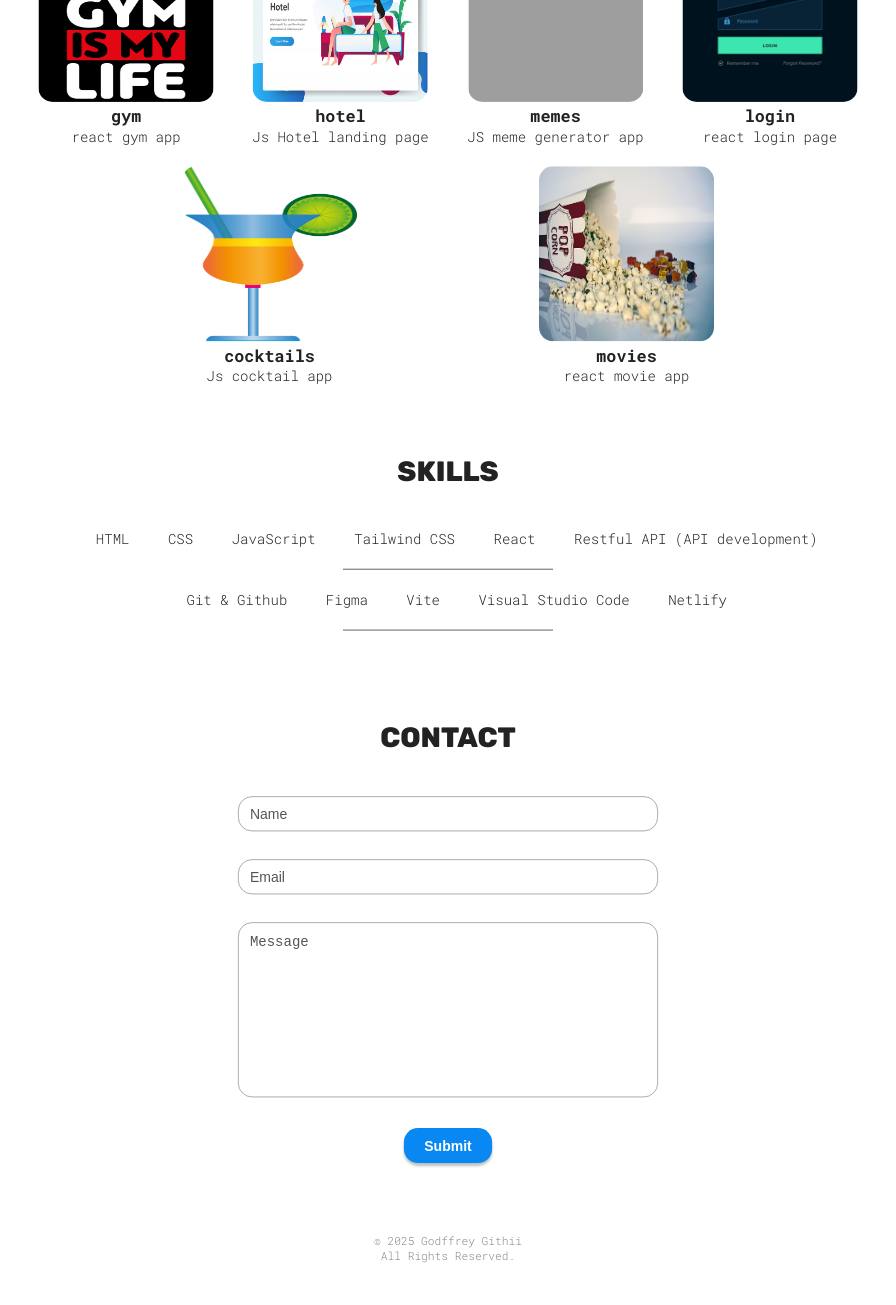
Repository: gogg23/dev-githii-1
Page: /
These files come from the project's save history. The page is drawn as it stood at one moment and after the next save; the edit follows.
The browser window is 1280 px wide. The pictures show the part of the page from y = 1031 to 2951 px (the page is 2895 px tall before and 2951 px after), at 70% of full size.
Pictures or frames that could not be fetched are drawn as grey boxes. The project was rebuilt for these pictures with package versions that can differ from the ones it lists, and the page was loaded fresh each time. Also part of the build but not shown: vite.config.js, src/index.css. Imported but missing from the stored project, and not drawn on this page: src/assets/Resume.pdf.

Above is the page before, as saved 2025-03-05 11:06:12.

### index.html
<!DOCTYPE html>
<html lang="en">
  <head>
    <meta charset="UTF-8" />
    <link rel="icon" type="image/svg+xml" href="/public/favicon.ico" />
    <meta name="viewport" content="width=device-width, initial-scale=1.0" />
    <link rel="preconnect" href="https://fonts.googleapis.com" />
    <link rel="preconnect" href="https://fonts.gstatic.com" crossorigin />
    <link
      href="https://fonts.googleapis.com/css2?family=Roboto+Mono:wght@100..700&family=Rubik:wght@800&display=swap"
      rel="stylesheet"
    />
    <title>Dev Githii</title>
  </head>
  <body>
    <div id="root"></div>
    <script type="module" src="/src/main.jsx"></script>
  </body>
</html>

### src/main.jsx
import { StrictMode } from 'react'
import { createRoot } from 'react-dom/client'
import App from './App.jsx'
import './index.css'
import { ThemeProvider } from './common/ThemeContext.jsx'

createRoot(document.getElementById('root')).render(
  <StrictMode>
  <ThemeProvider>
  <App />
  </ThemeProvider>
  </StrictMode>,
)

### src/App.jsx
import './App.css';
import Hero from './sections/Hero/Hero';
import Projects from './sections/Projects/Projects';
import Skills from './sections/Skills/Skills';
import Contact from './sections/Contact/Contact';
import Footer from './sections/Footer/Footer';

function App() {
  return (
  <>
    <Hero/>
    <Projects/>
    <Skills/>
    <Contact/>
    <Footer/>
  </>
  );
}

export default App;

### src/common/ThemeContext.jsx
import React, { createContext, useContext, useEffect, useState } from 'react';

const ThemeContext = createContext();

export const useTheme = () => useContext(ThemeContext);

export const ThemeProvider = ({ children }) => {
  const [theme, setTheme] = useState(
    () => localStorage.getItem('theme') || 'light'
  );

  useEffect(() => {
    document.body.setAttribute('data-theme', theme);
    localStorage.setItem('theme', theme);
  }, [theme]);

  const toggleTheme = () => {
    console.log ('theme switched');
    setTheme((prevTheme) => (prevTheme === 'light' ? 'dark' : 'light'));
  };

  return (
    <ThemeContext.Provider value={{ theme, toggleTheme }}>
      {children}
    </ThemeContext.Provider>
  );
};

### src/sections/Hero/Hero.jsx
import styles from './HeroStyles.module.css';
import heroz from '../../assets/heroz.webp';
import sun from '../../assets/sun.svg';
import moon from '../../assets/moon.svg';
import twitterLight from '../../assets/twitter-light.svg';
import twitterDark from '../../assets/twitter-dark.svg';
import githubLight from '../../assets/github-light.svg';
import githubDark from '../../assets/github-dark.svg';
import linkedinLight from '../../assets/linkedin-light.svg';
import linkedinDark from '../../assets/linkedin-dark.svg';
import Resume from '../../assets/Resume.pdf';
import { useTheme } from '../../common/ThemeContext';
function Hero() {
  const { theme, toggleTheme } = useTheme();

  const themeIcon = theme === 'light' ? sun : moon;
  const twitterIcon = theme === 'light' ? twitterLight : twitterDark;
  const githubIcon = theme === 'light' ? githubLight : githubDark;
  const linkedinIcon = theme === 'light' ? linkedinLight : linkedinDark;

  return (
    <section id='hero' className={styles.container}>
      <div className={styles.colorModeContainer}>
        <img
          className={styles.hero}
          src={heroz}
          alt='profile picture of Godffrey Githii'
        />
        <img
          className={styles.colorMode}
          src={themeIcon}
          alt='color mode icon'
          onClick={toggleTheme}
        />
      </div>
      <div className={styles.info}>
        <h1>
          Godffrey <br /> Githii
        </h1>
        <h2>Frontend Developer</h2>
        <span>
          <a href='https://x.com/devgithii' target='_blank'>
            <img src={twitterIcon} alt='Twitter icon' />
          </a>
          <a href='https://github.com/dashboard' target='_blank'>
            <img src={githubIcon} alt='Github icon' />
          </a>
          <a href='https://linkedin.com/' target='_blank'>
            <img src={linkedinIcon} alt='LinkedIn icon' />
          </a>
        </span>
        <p>
          With a background in tech writing, I bring creativity to frontend web
          development,crafting responsive, user-friendly websites & apps using
          HTML, CSS, JavaScript, Tailwind, and React.
        </p>
        <a href={Resume} download>
          <button className='hover'>Resume</button>
        </a>
      </div>
    </section>
  );
}

export default Hero;

### src/sections/Projects/Projects.jsx
import styles from './ProjectsStyles.module.css';
import movpic from '../../assets/movpic.jpg';
import gym1 from '../../assets/gym1.png';
import hotel from '../../assets/hotel.jpg';
import eggplant from '../../assets/eggplant-1.png';
import login from '../../assets/dark-login.jpg';
import cocktail1 from '../../assets/cocktail1.png';
import ProjectCard from '../../common/ProjectCard';

function Projects() {
  return (
    <section id='projects' className={styles.container}>
      <h1 className='sectionTitle'>Projects</h1>
      <div className={styles.projectsContainer}>
        <ProjectCard
          src={gym1}
          link='https://react-gym-web-site.netlify.app/'
          h3='gym '
          p='react gym app'
        />
        <ProjectCard
          src={hotel}
          link='https://ho-tel-landing-page.netlify.app/'
          h3='hotel '
          p='Js Hotel landing page'
        />
        <ProjectCard
          src={eggplant}
          link='https://meme-gene-rator-app.netlify.app/'
          h3='memes'
          p='JS meme generator app'
        />
        <ProjectCard
          src={login}
          link='https://react-login-register1.netlify.app/'
          h3='login'
          p='react login page'
        />
        <ProjectCard
          src={cocktail1}
          link='https://cocktailappz.netlify.app/'
          h3='cocktails'
          p='Js cocktail app'
        />
        <ProjectCard
          src={movpic}
          link='https://react-movie-appz.netlify.app/'
          h3='movies'
          p='react movie app'
        />
      </div>
    </section>
  );
}

export default Projects;

### src/sections/Skills/Skills.jsx
import styles from './SkillsStyles.module.css';
import checkMarkIcon from '../../assets/checkmark-dark.svg';
import SkillList from '../../common/SkillList';

function Skills() {

  return (
    <section id="skills" className={styles.container}>
      <h1 className="sectionTitle">Skills</h1>
      <div className={styles.skillList}>
        <SkillList src={checkMarkIcon} skill="HTML" />
        <SkillList src={checkMarkIcon} skill="CSS" />
        <SkillList src={checkMarkIcon} skill="JavaScript" />
        <SkillList src={checkMarkIcon} skill="Tailwind CSS" />
        <SkillList src={checkMarkIcon} skill="React" />
        <SkillList src={checkMarkIcon} skill="Restful API (API development)"/>
      </div>
      <hr/>
      <div className={styles.skillList}>
        <SkillList src={checkMarkIcon} skill="Git & Github"/>
        <SkillList src={checkMarkIcon} skill="Figma"/>
        <SkillList src={checkMarkIcon} skill="Vite" />
        <SkillList src={checkMarkIcon} skill="Visual Studio Code" />
        <SkillList src={checkMarkIcon} skill="Netlify" />
      </div>
      <hr/>
    </section>
  );
}

export default Skills;

### src/sections/Contact/Contact.jsx
import styles from './ContactStyles.module.css';

function Contact() {
  return (
    <section id="contact" className={styles.container}>
      <h1 className="sectionTitle">Contact</h1>
      <form action="">
        <div className="formGroup">
          <label htmlFor="name" hidden>
            Name
          </label>
          <input
            type="text"
            name="name"
            id="name"
            placeholder="Name"
            required
          />
        </div>
        <div className="formGroup">
          <label htmlFor="email" hidden>
            Email
          </label>
          <input
            type="text"
            name="email"
            id="email"
            placeholder="Email"
            required
          />
        </div>
        <div className="formGroup">
          <label htmlFor="message" hidden>
            Message
          </label>
          <textarea
            name="message"
            id="message"
            placeholder="Message"
            required></textarea>
        </div>
        <input className="hover btn" type="submit" value="Submit" />
      </form>
    </section>
  );
}

export default Contact;

### src/sections/Footer/Footer.jsx
import styles from './FooterStyles.module.css';

function Footer() {
  return (
    <section id='footer' className={styles.container}>
      <p>
        &copy; 2025 Godffrey Githii
        <br />
        All Rights Reserved.
      </p>
    </section>
  );
}

export default Footer;

### src/sections/Hero/HeroStyles.module.css
.container {
  display: flex;
  flex-direction: column;
  justify-content: center;
  gap: 20px;
  text-align: center;
  height: 100dvh;
  min-height: 500px;

  .hero {
    max-width: 200px;
  }

  span {
    display: flex;
    gap: 25px;
    justify-content: center;

    a {
      margin: 0;

      img {
        width: 30px;
      }
    }
  }

  a {
    width: fit-content;
    align-self: center;
  }

  button {
    background-color: var(--btn-color);
    color: var(--btn-text-color);
    border: none;
    border-radius: 20px;
    width: 126px;
    height: 50px;
    font-size: 20px;
    font-weight: bold;
    box-shadow: 0 4px 4px rgba(0, 0, 0, 0.25);
    transition: box-shadow 200ms ease-in-out, transform 200ms ease-in-out;
  }

  button:hover {
    transform: scale(1.05);
  }

  button:active {
    transform: translateY(2px);
    box-shadow: 0 2px 2px rgba(0, 0, 0, 0.25);
  }
}

.colorModeContainer {
  position: relative;
}

.colorMode {
  position: absolute;
  right: 0;
  width: 25px;
}

.colorMode:hover {
  cursor: pointer;
}

.description {
  max-width: 24ch;
}

.info {
  display: flex;
  flex-direction: column;
  gap: 20px;
}

@media (width >= 800px) {
  .container {
    flex-direction: row-reverse;
    align-items: center;
    justify-content: space-evenly;

    .hero {
      max-width: 350px;
      width: 350px;
      border-radius: 50%;
    }
  }
}

@media (width >= 1400px) {
  .container {
    .hero {
      max-width: 400px;
      width: 400px;
    }
  }
}

### src/sections/Projects/ProjectsStyles.module.css
.container {
    display: flex;
    flex-direction: column;
    text-align: center;

    img {
      width: 250px;
      height: 250px;
      align-self: center;
      background-color: var(--project-card-bg);
      border-radius: 20px;
    }

    a {
      width: fit-content;
      text-decoration: none;
      color: #222;
      transition: transform 200ms ease-in-out;
    }

    a:hover {
      transform: scale(1.05);
    }
  }

  .projectsContainer {
    display: flex;
    flex-direction: column;
    align-items: center;
    gap: 30px;
  }

  @media (width >= 800px) {
    .projectsContainer {
      flex-direction: row;
      flex-wrap: wrap;
      justify-content: space-evenly;
      padding: 0 30px;
    }
  }

### src/common/ProjectCard.jsx
import React from 'react';

function ProjectCard({src, link, h3, p}) {
  return (
      <a href= {link}
      target='_blank'>
      <img className='hover' src={src} alt={`${h3} logo`}/>
      <h3>{h3}</h3>
      <p>{p}</p>
      </a>
  );
}

export default ProjectCard;

### src/sections/Skills/SkillsStyles.module.css
.container {
    display: flex;
    flex-direction: column;
    text-align: center;

    span {
      display: flex;
      align-items: center;
      gap: 5px;
    }

    img {
      width: 20px;
    }
  }

  .skillList {
    display: flex;
    justify-content: space-evenly;
    align-self: center;
    flex-wrap: wrap;
    row-gap: 40px;
    max-width: 26ch;
  }

hr {
  width: 100px;
  height: 1px;
  border: none;
  background-color: var(--text-color);
  margin: 30px auto;
}

@media (width >= 800px) {
  .skillList {
    max-width: fit-content;
    gap: 30px;

    p {
      font-size: 20px;
    }
  }
}

hr {
  width: 300px;
}

### src/common/SkillList.jsx
function SkillList({ src, skill }) {
    return (
      <span>
        <img src={src} alt="Checkmark icon" />
        <p>{skill}</p>
      </span>
    );
  }

  export default SkillList;

### src/sections/Contact/ContactStyles.module.css
.container {
  display: flex;
  flex-direction: column;
  text-align: center;
}

form {
  display: flex;
  flex-direction: column;
  gap: 30px;
}

textarea,
input:not([type='submit']) {
  height: 50px;
  padding-left: 16px;
  width: 250px;
}

textarea {
  padding-top: 16px;
  resize: none;
  height: 250px;
}

input,
textarea {
  border-radius: 20px;
  border: #888 1px solid;
  box-sizing: border-box;
  justify-self: center;
  background-color: var(--background-color);
  color: var(--form-text-color);
}

::placeholder {
  color: var(--form-text-color);
}

input[type='submit'] {
  background-color: var(--btn-color);
  color: var(--btn-text-color);
  border: none;
  border-radius: 20px;
  width: 126px;
  height: 50px;
  font-size: 20px;
  font-weight: bold;
  box-shadow: 0 4px 4px rgba(0, 0, 0, 0.25);
  transition: box-shadow 200ms ease-in-out, transform 200ms ease-in-out;
  margin: auto;
}

input[type='submit']:hover {
  transform: scale(1.05);
}

input[type='submit']:active {
  transform: translateY(2px);
  box-shadow: 0 2px 2px rgba(0, 0, 0, 0.25);
}

@media (width >= 800px) {
  textarea,
  input:not([type='submit']) {
    width: 600px;
    font-size: 20px;
  }
  form {
    gap: 40px;
  }
}

@media (width >= 1400px) {
  textarea,
  input:not([type='submit']) {
    width: 800px;
  }
}

Loaded but not shown: src/App.css (common file); src/sections/Footer/FooterStyles.module.css (common file)

After the next save:
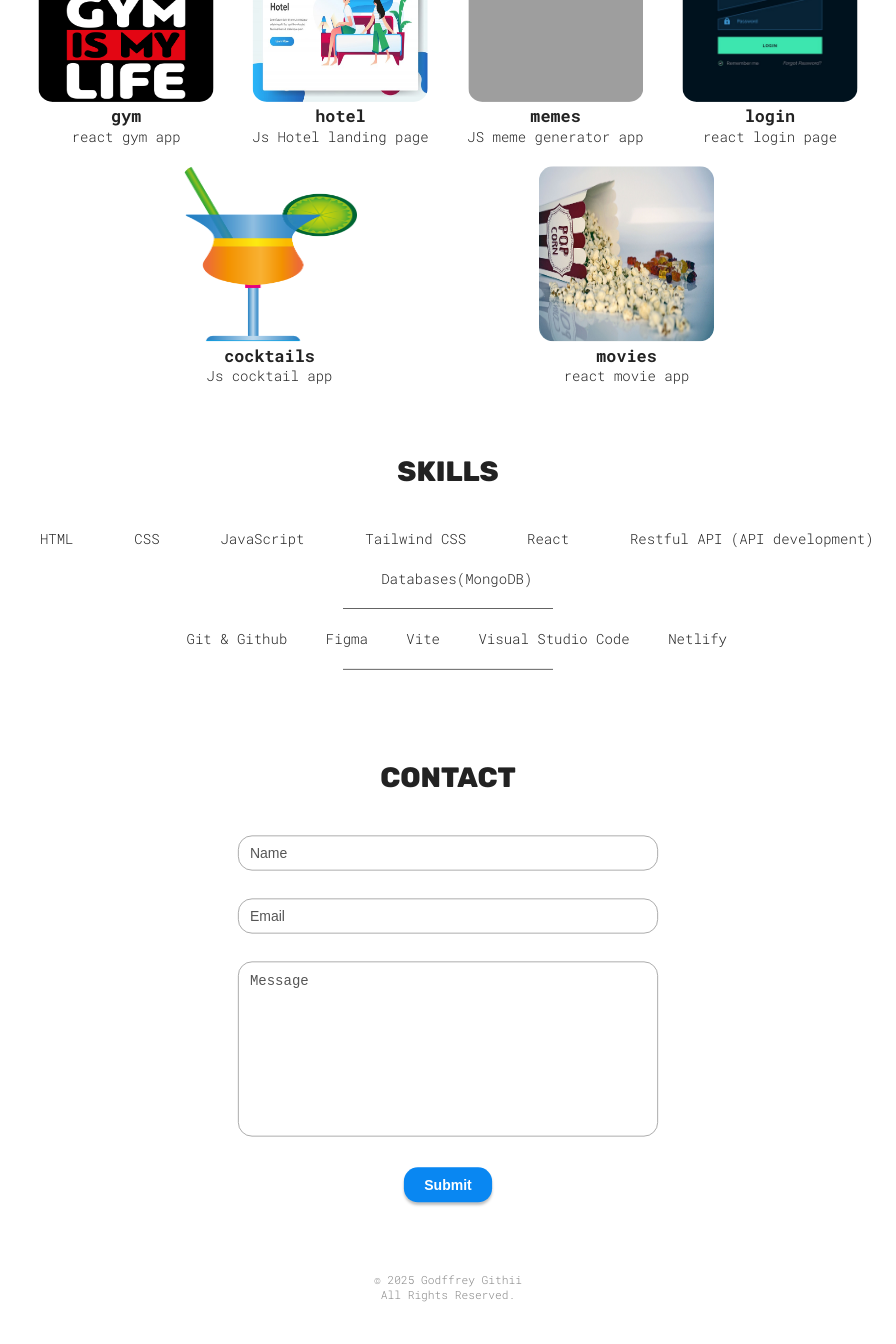
Saved 6 min 1 s later.
--- a/src/sections/Skills/Skills.jsx
+++ b/src/sections/Skills/Skills.jsx
@@ -3,27 +3,27 @@ import checkMarkIcon from '../../assets/checkmark-dark.svg';
 import SkillList from '../../common/SkillList';
 
 function Skills() {
-
   return (
-    <section id="skills" className={styles.container}>
-      <h1 className="sectionTitle">Skills</h1>
+    <section id='skills' className={styles.container}>
+      <h1 className='sectionTitle'>Skills</h1>
       <div className={styles.skillList}>
-        <SkillList src={checkMarkIcon} skill="HTML" />
-        <SkillList src={checkMarkIcon} skill="CSS" />
-        <SkillList src={checkMarkIcon} skill="JavaScript" />
-        <SkillList src={checkMarkIcon} skill="Tailwind CSS" />
-        <SkillList src={checkMarkIcon} skill="React" />
-        <SkillList src={checkMarkIcon} skill="Restful API (API development)"/>
+        <SkillList src={checkMarkIcon} skill='HTML' />
+        <SkillList src={checkMarkIcon} skill='CSS' />
+        <SkillList src={checkMarkIcon} skill='JavaScript' />
+        <SkillList src={checkMarkIcon} skill='Tailwind CSS' />
+        <SkillList src={checkMarkIcon} skill='React' />
+        <SkillList src={checkMarkIcon} skill='Restful API (API development)' />
+        <SkillList src={checkMarkIcon} skill='Databases(MongoDB)' />
       </div>
-      <hr/>
+      <hr />
       <div className={styles.skillList}>
-        <SkillList src={checkMarkIcon} skill="Git & Github"/>
-        <SkillList src={checkMarkIcon} skill="Figma"/>
-        <SkillList src={checkMarkIcon} skill="Vite" />
-        <SkillList src={checkMarkIcon} skill="Visual Studio Code" />
-        <SkillList src={checkMarkIcon} skill="Netlify" />
+        <SkillList src={checkMarkIcon} skill='Git & Github' />
+        <SkillList src={checkMarkIcon} skill='Figma' />
+        <SkillList src={checkMarkIcon} skill='Vite' />
+        <SkillList src={checkMarkIcon} skill='Visual Studio Code' />
+        <SkillList src={checkMarkIcon} skill='Netlify' />
       </div>
-      <hr/>
+      <hr />
     </section>
   );
 }
